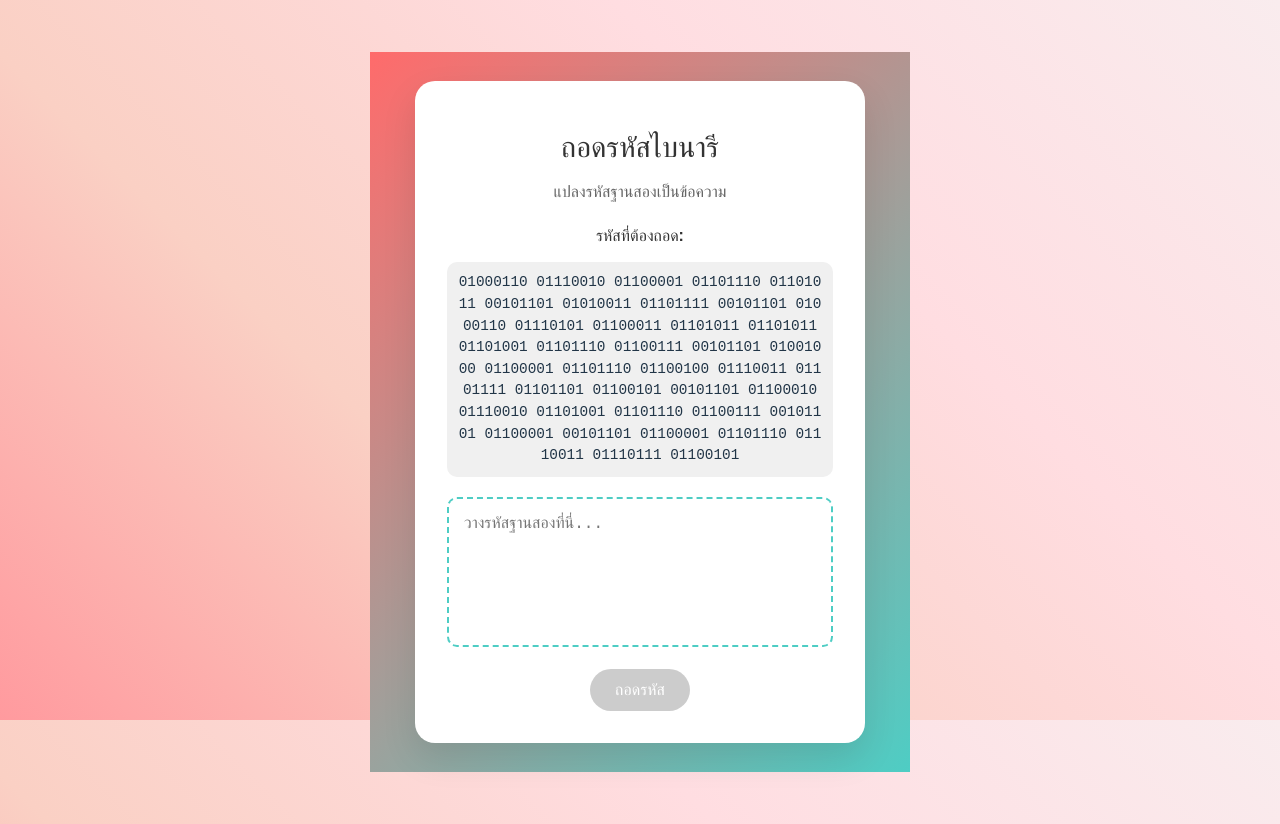
Repository: Jinwoo290350/Quiz_Fun
Page: /
An editor plug-in stored every save of this project. The page is shown before and after the next save, followed by the edit.
The browser window is 1280 px wide. The pictures show the whole page.
Backgrounds fixed to the window are drawn as part of the page. The project was rebuilt for these pictures with package versions that can differ from the ones it lists, and the page was loaded fresh each time. Also part of the build but not shown: vite.config.js.

Above is the page before, as saved 2025-02-05 22:29:53.

### src/App.vue
<template>
  <div class="container">
    <Ask />
  </div>
</template>

<script setup>
import Ask from './components/Ask.vue';
</script>

<style>
*, *::before, *::after {
  box-sizing: border-box;
}

html, body {
  width: 100%;
  min-height: 100vh;
  margin: 0;
  padding: 0;
  overflow-x: hidden;
  /* ควบคุมการซูมบนมือถือ */
  touch-action: manipulation;
}

body {
  background: linear-gradient(45deg, #ff9a9e, #fad0c4, #ffdde1, #f9ecee);
  background-size: 400% 400%;
  animation: gradientBG 15s ease infinite;
  background-attachment: fixed;
  /* เพิ่มการป้องกันการเลือกข้อความ */
  user-select: none;
}

.container {
  width: 100%;
  max-width: 1200px;
  margin: 0 auto;
  padding: 20px;
  /* ทำให้ container เป็น flex container */
  display: flex;
  flex-direction: column;
  align-items: center;
}

/* ปรับขนาดสำหรับแท็บเล็ต */
@media (max-width: 1024px) {
  .container {
    padding: 15px;
    transform: scale(0.95);
  }
}

/* ปรับขนาดสำหรับมือถือแนวตั้ง */
@media (max-width: 768px) {
  html {
    /* ควบคุม font-size พื้นฐาน */
    font-size: 14px;
  }

  .container {
    padding: 10px;
    transform: scale(0.85);
    min-height: 90vh;
  }
}

/* ปรับขนาดสำหรับมือถือขนาดเล็ก */
@media (max-width: 500px) {
  html {
    font-size: 12px;
  }

  .container {
    padding: 5px;
    transform: scale(0.75) translateY(-5%);
    min-height: 80vh;
  }

  body {
    background-size: 300% 300%;
  }
}

@keyframes gradientBG {
  0% {
    background-position: 0% 50%;
  }
  50% {
    background-position: 100% 50%;
  }
  100% {
    background-position: 0% 50%;
  }
}
</style>

### src/components/Ask.vue
<template>
  <div class="container">
    <div class="card">
      <h1>ถอดรหัสไบนารี</h1>
      <p class="subtitle">แปลงรหัสฐานสองเป็นข้อความ</p>

      <div class="binary-section">
        <div class="binary-label">รหัสที่ต้องถอด:</div>
        <p class="binary-code">{{ binaryQuestion }}</p>
      </div>

      <textarea
        v-model="binaryInput"
        placeholder="วางรหัสฐานสองที่นี่..."
        class="binary-input"
        @input="resetResult"
      ></textarea>

      <button
        @click="convertBinary"
        class="convert-btn"
        :disabled="!binaryInput.trim()"
      >
        ถอดรหัส
      </button>

      <div v-if="convertedText" class="result-section">
        <div
          class="result-box"
          :class="{
            'success-box': isCorrect,
            'error-box': isIncorrect
          }">
          <p class="result-text">
            {{ resultMessage }}
          </p>
        </div>
      </div>
    </div>
  </div>
</template>

<script>
export default {
  data() {
    return {
      binaryQuestion: '01000110 01110010 01100001 01101110 01101011 00101101 01010011 01101111 00101101 01000110 01110101 01100011 01101011 01101011 01101001 01101110 01100111 00101101 01001000 01100001 01101110 01100100 01110011 01101111 01101101 01100101 00101101 01100010 01110010 01101001 01101110 01100111 00101101 01100001 00101101 01100001 01101110 01110011 01110111 01100101',
      binaryInput: '',
      convertedText: '',
      isCorrect: false,
      isIncorrect: false
    }
  },
  computed: {
    resultMessage() {
      if (this.isCorrect) return 'ถูกต้อง! 🎉'
      if (this.isIncorrect) return 'ลองใหม่อีกครั้ง 🤔'
      return this.convertedText
    }
  },
  methods: {
    convertBinary() {
      try {
        const correctAnswer = 'Frank-Fuck-So-Handsome-bring-a-answer'
        const binaryArray = this.binaryInput.trim().split(/\s+/)

        this.convertedText = binaryArray
          .map(bin => String.fromCharCode(parseInt(bin, 2)))
          .join('')

        this.isCorrect = this.convertedText === correctAnswer
        this.isIncorrect = !this.isCorrect

        if (this.isIncorrect) {
          this.shakeErrorAnimation()
          setTimeout(() => {
            this.resetResult()
          }, 2000)
        }
      } catch (error) {
        this.isIncorrect = true
        this.convertedText = 'เกิดข้อผิดพลาด'
      }
    },
    resetResult() {
      this.convertedText = ''
      this.isCorrect = false
      this.isIncorrect = false
    },
    shakeErrorAnimation() {
      const input = document.querySelector('.binary-input')
      input.classList.add('shake')
      setTimeout(() => {
        input.classList.remove('shake')
      }, 500)
    }
  }
}
</script>

<style scoped>
.container {
  display: flex;
  justify-content: center;
  align-items: center;
  min-height: 100vh;
  background: linear-gradient(135deg, #ff6b6b, #4ecdc4);
  font-family: 'Kanit', Arial, sans-serif;
}

.card {
  background: white;
  border-radius: 20px;
  box-shadow: 0 15px 35px rgba(0,0,0,0.1);
  padding: 2rem;
  width: 90%;
  max-width: 500px;
  text-align: center;
  transition: all 0.3s ease;
}

.card:hover {
  transform: translateY(-10px);
  box-shadow: 0 20px 40px rgba(0,0,0,0.15);
}

h1 {
  color: #333;
  margin-bottom: 10px;
  font-size: 1.8rem;
}

.subtitle {
  color: #666;
  margin-bottom: 20px;
  font-size: 1rem;
}

.binary-section {
  margin-bottom: 20px;
}

.binary-label {
  font-weight: bold;
  color: #333;
  margin-bottom: 10px;
}

.binary-code {
  background: #f0f0f0;
  padding: 10px;
  border-radius: 10px;
  font-family: monospace;
  word-break: break-all;
  font-size: 0.9rem;
}

.binary-input {
  width: 100%;
  height: 150px;
  padding: 15px;
  margin-bottom: 15px;
  border: 2px dashed #4ecdc4;
  border-radius: 10px;
  resize: none;
  font-size: 1rem;
  transition: all 0.3s ease;
}

.binary-input:focus {
  outline: none;
  border-color: #ff6b6b;
}

.convert-btn {
  background: #4ecdc4;
  color: white;
  border: none;
  padding: 12px 25px;
  border-radius: 25px;
  cursor: pointer;
  transition: all 0.3s ease;
  font-size: 1rem;
}

.convert-btn:hover {
  background: #45b7aa;
  transform: scale(1.05);
}

.convert-btn:disabled {
  background: #ccc;
  cursor: not-allowed;
}

.result-section {
  margin-top: 20px;
}

.result-box {
  padding: 15px;
  border-radius: 10px;
  font-size: 1rem;
}

.success-box {
  background: rgba(76, 175, 80, 0.1);
  color: #4CAF50;
}

.error-box {
  background: rgba(244, 67, 54, 0.1);
  color: #F44336;
}

@keyframes shake {
  0%, 100% { transform: translateX(0); }
  10%, 30%, 50%, 70%, 90% { transform: translateX(-10px); }
  20%, 40%, 60%, 80% { transform: translateX(10px); }
}

.shake {
  animation: shake 0.5s;
}
</style>

Loaded but not shown: index.html (common file); src/main.js (common file); src/style.css (common file)

After the next save:
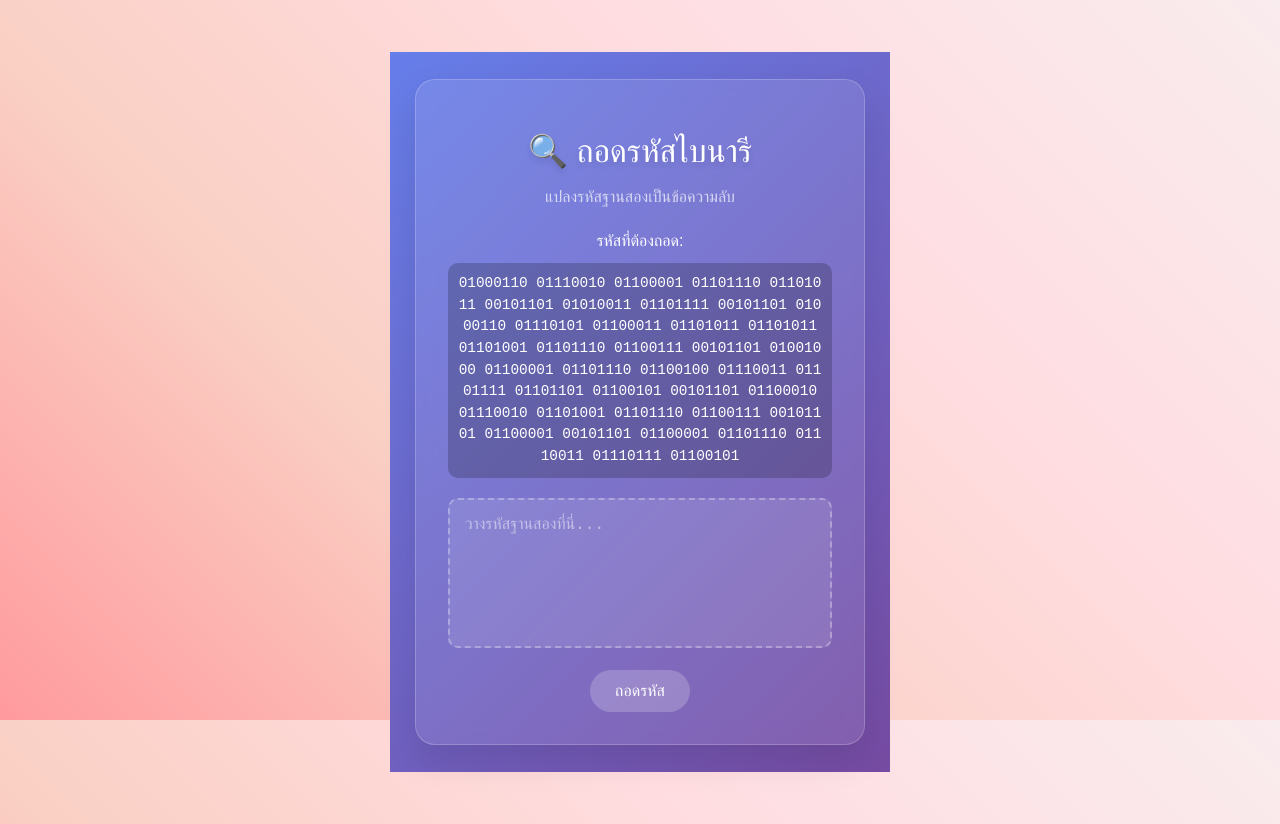
Saved 3 min 12 s later.
--- a/src/components/Ask.vue
+++ b/src/components/Ask.vue
@@ -1,12 +1,12 @@
 <template>
-  <div class="container">
-    <div class="card">
-      <h1>ถอดรหัสไบนารี</h1>
-      <p class="subtitle">แปลงรหัสฐานสองเป็นข้อความ</p>
-
-      <div class="binary-section">
+  <div class="decoder-container">
+    <div class="glass-card">
+      <h1>🔍 ถอดรหัสไบนารี</h1>
+      <p class="subtitle">แปลงรหัสฐานสองเป็นข้อความลับ</p>
+
+      <div class="binary-display">
         <div class="binary-label">รหัสที่ต้องถอด:</div>
-        <p class="binary-code">{{ binaryQuestion }}</p>
+        <code class="binary-code">{{ binaryQuestion }}</code>
       </div>
 
       <textarea
@@ -18,7 +18,7 @@
 
       <button
         @click="convertBinary"
-        class="convert-btn"
+        class="decode-button"
         :disabled="!binaryInput.trim()"
       >
         ถอดรหัส
@@ -61,14 +61,18 @@ export default {
   methods: {
     convertBinary() {
       try {
-        const correctAnswer = 'Frank-Fuck-So-Handsome-bring-a-answer'
+        const correctAnswer = 'Frank-So-Fuckking-Handsome-bring-a-answer'
         const binaryArray = this.binaryInput.trim().split(/\s+/)
 
         this.convertedText = binaryArray
           .map(bin => String.fromCharCode(parseInt(bin, 2)))
           .join('')
 
-        this.isCorrect = this.convertedText === correctAnswer
+        // Normalize both strings before comparison
+        const normalizedInput = this.normalizeString(this.convertedText)
+        const normalizedCorrect = this.normalizeString(correctAnswer)
+
+        this.isCorrect = normalizedInput === normalizedCorrect
         this.isIncorrect = !this.isCorrect
 
         if (this.isIncorrect) {
@@ -81,6 +85,11 @@ export default {
         this.isIncorrect = true
         this.convertedText = 'เกิดข้อผิดพลาด'
       }
+    },
+    normalizeString(str) {
+      return str
+        .toLowerCase()
+        .replace(/[^\w]/g, '')
     },
     resetResult() {
       this.convertedText = ''
@@ -99,19 +108,23 @@ export default {
 </script>
 
 <style scoped>
-.container {
+.decoder-container {
   display: flex;
   justify-content: center;
   align-items: center;
   min-height: 100vh;
-  background: linear-gradient(135deg, #ff6b6b, #4ecdc4);
-  font-family: 'Kanit', Arial, sans-serif;
-}
-
-.card {
-  background: white;
+  background: linear-gradient(135deg, #667eea 0%, #764ba2 100%);
+  font-family: 'Arial', sans-serif;
+  margin: 0;
+  padding: 0;
+}
+
+.glass-card {
+  background: rgba(255, 255, 255, 0.1);
+  backdrop-filter: blur(10px);
   border-radius: 20px;
-  box-shadow: 0 15px 35px rgba(0,0,0,0.1);
+  border: 1px solid rgba(255, 255, 255, 0.2);
+  box-shadow: 0 15px 35px rgba(0, 0, 0, 0.1);
   padding: 2rem;
   width: 90%;
   max-width: 500px;
@@ -119,40 +132,37 @@ export default {
   transition: all 0.3s ease;
 }
 
-.card:hover {
-  transform: translateY(-10px);
-  box-shadow: 0 20px 40px rgba(0,0,0,0.15);
-}
-
 h1 {
-  color: #333;
+  color: white;
   margin-bottom: 10px;
-  font-size: 1.8rem;
+  font-size: 2rem;
+  text-shadow: 0 4px 6px rgba(0, 0, 0, 0.1);
 }
 
 .subtitle {
-  color: #666;
+  color: rgba(255, 255, 255, 0.7);
   margin-bottom: 20px;
   font-size: 1rem;
 }
 
-.binary-section {
+.binary-display {
   margin-bottom: 20px;
 }
 
 .binary-label {
-  font-weight: bold;
-  color: #333;
+  color: white;
   margin-bottom: 10px;
 }
 
 .binary-code {
-  background: #f0f0f0;
+  background: rgba(0, 0, 0, 0.2);
+  color: white;
   padding: 10px;
   border-radius: 10px;
   font-family: monospace;
   word-break: break-all;
   font-size: 0.9rem;
+  display: block;
 }
 
 .binary-input {
@@ -160,20 +170,21 @@ h1 {
   height: 150px;
   padding: 15px;
   margin-bottom: 15px;
-  border: 2px dashed #4ecdc4;
+  background: rgba(255, 255, 255, 0.1);
+  border: 2px dashed rgba(255, 255, 255, 0.3);
   border-radius: 10px;
   resize: none;
+  color: white;
   font-size: 1rem;
   transition: all 0.3s ease;
 }
 
-.binary-input:focus {
-  outline: none;
-  border-color: #ff6b6b;
-}
-
-.convert-btn {
-  background: #4ecdc4;
+.binary-input::placeholder {
+  color: rgba(255, 255, 255, 0.5);
+}
+
+.decode-button {
+  background: linear-gradient(to right, #6a11cb 0%, #2575fc 100%);
   color: white;
   border: none;
   padding: 12px 25px;
@@ -183,13 +194,13 @@ h1 {
   font-size: 1rem;
 }
 
-.convert-btn:hover {
-  background: #45b7aa;
+.decode-button:hover {
   transform: scale(1.05);
-}
-
-.convert-btn:disabled {
-  background: #ccc;
+  box-shadow: 0 10px 20px rgba(0, 0, 0, 0.2);
+}
+
+.decode-button:disabled {
+  background: rgba(255, 255, 255, 0.2);
   cursor: not-allowed;
 }
 
@@ -204,13 +215,13 @@ h1 {
 }
 
 .success-box {
-  background: rgba(76, 175, 80, 0.1);
-  color: #4CAF50;
+  background: rgba(76, 175, 80, 0.3);
+  color: white;
 }
 
 .error-box {
-  background: rgba(244, 67, 54, 0.1);
-  color: #F44336;
+  background: rgba(244, 67, 54, 0.3);
+  color: white;
 }
 
 @keyframes shake {
